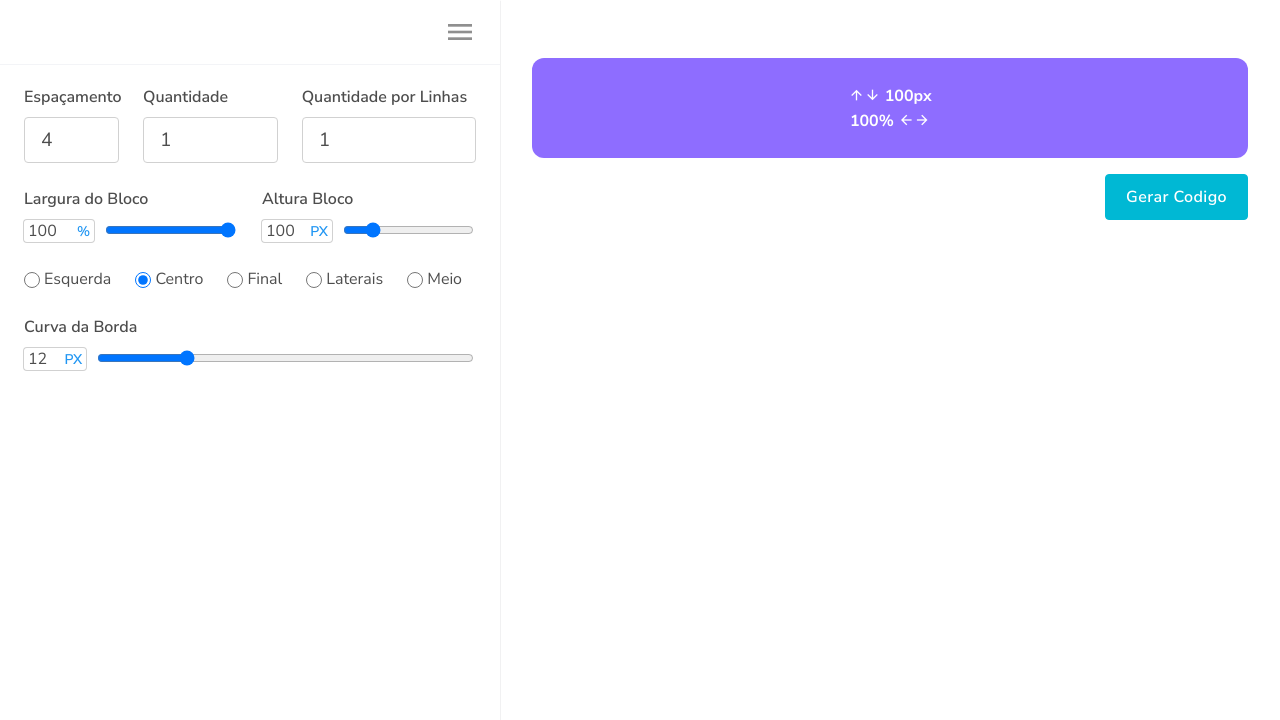
Repository: Flintdl/lowcode-elements
Page: /
An editor plug-in stored every save of this project. The page is shown before and after the next save, followed by the edit.
The browser window is 1280 px wide. The pictures show the whole page.
The project was rebuilt for these pictures with package versions that can differ from the ones it lists, and the page was loaded fresh each time. Also part of the build but not shown: vue.config.js.

Above is the page before, as saved 2022-04-05 10:54:10.

### src/components/Menu/MenuTemplate.vue
<template>
  <div>
    <div
      class="ham burger-link-mobile sf-display-flex sf-display-md-none"
      @click="menu"
    >
      <i class="mdi mdi-menu sf-text-xlg sf-text-muted sf-dropdown-action"></i>
    </div>
    <nav class="sf-menu">
      <div class="sf-menu-header">
        <div
          @click="menu"
          class="hamburger-link sf-display-none sf-display-md-block"
        >
          <i
            class="mdi mdi-menu sf-text-xlg sf-text-muted sf-dropdown-action"
          ></i>
        </div>
      </div>
      <div class="sf-menu-body">
        <ul class="sf-menu-ul">
          <li class="sf-menu-li sf-px-4">
            <div class="sf-row">
              <div class="sf-col-3 sf-form-group">
                <label class="sf-label">Espaçamento</label>
                <input
                  type="number"
                  min="1"
                  max="12"
                  value="2"
                  id="inputGap"
                  v-model="inputGap"
                  class="filter-states sf-text-capitalize"
                  placeholder="Quantidade de Blocos"
                />
              </div>
              <div class="sf-col-4 sf-form-group">
                <label class="sf-label">Quantidade</label>
                <input
                  type="number"
                  value="1"
                  id="inputQuantidade"
                  v-model="inputQuantidade"
                  class="filter-states sf-text-capitalize"
                  placeholder="Quantidade de Blocos"
                />
              </div>
              <div class="sf-col-5 sf-form-group">
                <label class="sf-label">Quantidade por Linhas</label>
                <input
                  type="number"
                  min="1"
                  max="12"
                  value="1"
                  id="inputQuantidadeLinha"
                  v-model="inputQuantidadeLinha"
                  class="filter-states sf-text-capitalize"
                  placeholder="Quantidade Linha"
                />
              </div>
              <div class="sf-col-6 sf-form-group">
                <label class="sf-label">Largura do Bloco</label>
                <div class="sf-input-group">
                  <div
                    class="sf-input-group-append sf-display-flex sf-justify-content-center"
                  >
                    <div
                      class="sf-display-flex sf-align-items-center sf-justify-content-center sf-border-left-0 sf-border-radius sf-border-radius-left-0 sf-pr-2 sf-text-info sf-font-weight-bold sf-min-80-px"
                    >
                      <div class="sf-input-group">
                        <input
                          type="number"
                          value="1"
                          min="1"
                          max="50"
                          v-model="inputRange"
                          class="sf-text-md sf-height-fit-content sf-pr-0 sf-pl-1 sf-border-right-0 sf-border-radius-right-0 sf-text-capitalize"
                          placeholder="Curva da Borda"
                        />
                        <div
                          class="sf-input-group-append sf-display-flex sf-justify-content-center"
                        >
                          <div
                            class="sf-display-flex sf-align-items-center sf-border sf-justify-content-center sf-border-left-0 sf-border-radius sf-border-radius-left-0 sf-pr-1 sf-text-info sf-font-weight-bold sf-text-sm"
                          >
                            %
                          </div>
                        </div>
                      </div>
                    </div>
                  </div>
                  <input
                    type="range"
                    min="10"
                    max="100"
                    value="10"
                    id="inputRange"
                    v-model="inputRange"
                    class="sf-px-0 sf-border-right-0 sf-border-radius-right-0 sf-text-capitalize"
                  />
                </div>
              </div>
              <div class="sf-col-6 sf-form-group">
                <label class="sf-label">Altura Bloco</label>
                <div class="sf-input-group">
                  <div
                    class="sf-input-group-append sf-display-flex sf-justify-content-center"
                  >
                    <div
                      class="sf-display-flex sf-align-items-center sf-justify-content-center sf-border-left-0 sf-border-radius sf-border-radius-left-0 sf-pr-2 sf-text-info sf-font-weight-bold sf-min-80-px"
                    >
                      <div class="sf-input-group">
                        <input
                          type="number"
                          value="1"
                          min="1"
                          max="50"
                          v-model="valorHeight"
                          class="sf-text-md sf-height-fit-content sf-pr-0 sf-pl-1 sf-border-right-0 sf-border-radius-right-0 sf-text-capitalize"
                          placeholder="Curva da Borda"
                        />
                        <div
                          class="sf-input-group-append sf-display-flex sf-justify-content-center"
                        >
                          <div
                            class="sf-display-flex sf-align-items-center sf-border sf-justify-content-center sf-border-left-0 sf-border-radius sf-border-radius-left-0 sf-pr-1 sf-text-info sf-font-weight-bold sf-text-sm"
                          >
                            PX
                          </div>
                        </div>
                      </div>
                    </div>
                  </div>
                  <input
                    type="range"
                    min="10"
                    max="500"
                    id="valorHeight"
                    v-model="valorHeight"
                    class="sf-px-0 sf-border-right-0 sf-border-radius-right-0 sf-text-capitalize"
                  />
                </div>
              </div>
              <div class="sf-col-auto sf-form-group">
                <input
                  id="start"
                  type="radio"
                  name="positionDivs"
                  v-model="checkValue"
                  value="start"
                  checked
                />
                <label for="start"> Esquerda</label>
              </div>

              <div class="sf-col-auto sf-form-group">
                <input
                  type="radio"
                  id="center"
                  name="positionDivs"
                  v-model="checkValue"
                  value="center"
                />
                <label for="center"> Centro</label>
              </div>

              <div class="sf-col-auto sf-form-group">
                <input
                  type="radio"
                  id="end"
                  name="positionDivs"
                  v-model="checkValue"
                  value="end"
                />
                <label for="end"> Final</label>
              </div>
              <div class="sf-col-auto sf-form-group">
                <input
                  type="radio"
                  id="between"
                  name="positionDivs"
                  v-model="checkValue"
                  value="between"
                />
                <label for="between"> Laterais</label>
              </div>
              <div class="sf-col-auto sf-form-group">
                <input
                  type="radio"
                  id="around"
                  name="positionDivs"
                  v-model="checkValue"
                  value="around"
                />
                <label for="around"> Meio</label>
              </div>
              <div class="sf-col-12 sf-form-group">
                <label class="sf-label">Curva da Borda</label>
                <div class="sf-input-group">
                  <div
                    class="sf-input-group-append sf-display-flex sf-justify-content-center"
                  >
                    <div
                      class="sf-display-flex sf-align-items-center sf-justify-content-center sf-border-left-0 sf-border-radius sf-border-radius-left-0 sf-pr-2 sf-text-info sf-font-weight-bold sf-min-60-px"
                    >
                      <div class="sf-input-group">
                        <input
                          type="number"
                          value="1"
                          min="1"
                          max="50"
                          v-model="inputBorderRadius"
                          class="sf-text-md sf-height-fit-content sf-pr-0 sf-pl-1 sf-border-right-0 sf-border-radius-right-0 sf-text-capitalize"
                          placeholder="Curva da Borda"
                        />
                        <div
                          class="sf-input-group-append sf-display-flex sf-justify-content-center"
                        >
                          <div
                            class="sf-display-flex sf-align-items-center sf-border sf-justify-content-center sf-border-left-0 sf-border-radius sf-border-radius-left-0 sf-pr-1 sf-text-info sf-font-weight-bold sf-text-sm"
                          >
                            PX
                          </div>
                        </div>
                      </div>
                    </div>
                  </div>
                  <input
                    type="range"
                    value="1"
                    min="1"
                    max="50"
                    id="inputBorderRadius"
                    v-model="inputBorderRadius"
                    class="sf-px-0 sf-border-right-0 sf-border-radius-right-0 sf-text-capitalize"
                    placeholder="Curva da Borda"
                  />
                </div>
              </div>
            </div>
          </li>
        </ul>
      </div>
    </nav>
    <div class="sf-content-page">
      <HomeView
        :valor="parseInt(inputRange)"
        :inputGap="parseInt(inputGap)"
        :valorHeight="parseInt(valorHeight)"
        :quantidade="parseInt(inputQuantidade)"
        :quantidadeLinha="parseInt(inputQuantidadeLinha)"
        :inputBorderRadius="parseInt(inputBorderRadius)"
        :checkValue="checkValue"
      />
    </div>
    <div class="ga-mascara-fundo" @click="mask"></div>
  </div>
</template>

<script>
import HomeView from "@/views/HomeView.vue";
import image from "@/assets/logo-soften.webp";

export default {
  name: "MenuTemplate",
  data: function () {
    return {
      inputQuantidade: (this.inputQuantidade = 1),
      inputQuantidadeLinha: (this.inputQuantidadeLinha = 1),
      inputBorderRadius: (this.inputBorderRadius = 12),
      inputRange: (this.inputRange = 100),
      valorHeight: (this.valorHeight = 100),
      inputGap: (this.inputGap = 4),
      checkValue: (this.checkValue = "center"),
      image: image,
    };
  },
  components: {
    HomeView,
  },
  beforeMount() {
    if (window.innerWidth >= 768) {
      if (localStorage.getItem("menu") === "fechado") {
        document.body.classList.add("menu-fechado");
      } else {
        document.body.classList.remove("menu-fechado");
      }
    }

    (function () {
      var current = window.location.pathname.split("")[0];
      if (current === "") return;
      var menuItems = document.querySelectorAll(".sf-menu-list-link");
      for (var i = 0, len = menuItems.length; i < len; i++) {
        if (menuItems[i].getAttribute("href").indexOf(current) !== -1) {
          menuItems[i].className += " active-nolink";
          menuItems[i].nextElementSibling.className += " active-nolink";
        }
      }
    })();
  },
  methods: {
    menu() {
      if (window.innerWidth >= 768) {
        document.body.classList.toggle("menu-fechado");
        if (document.body.classList.contains("menu-fechado")) {
          localStorage.setItem("menu", "fechado");
        } else {
          localStorage.removeItem("menu");
        }
      } else {
        document.body.classList.toggle("menu-mobile-aberto");
      }
    },
    mask() {
      document.body.classList.remove("menu-mobile-aberto");
    },
  },
};

// function dropdown(menu) {
//   var dropdowns = document.getElementsByClassName("sf-dropdown-menu");
//   var i;
//   for (i = 0; i < dropdowns.length; i++) {
//     var openDropdown = dropdowns[i];
//     if (openDropdown.classList.contains("show")) {
//       openDropdown.classList.remove("show");
//     }
//   }
//   document.querySelector(menu).classList.toggle("show");
// }
</script>

<style lang="scss">
@import "@/assets/scss/style.scss";
@import "@/assets/scss/standard.scss";
@import "@/assets/scss/menu.scss";
</style>

### src/assets/scss/_variables.scss
// Primarys Colors
$standardTextColor: #4d4d4d;

$primaryColor: #8e6dff;
$secondaryColor: #009997;
$buttonDisableColor: #9c9c9c;
$buttonDisableBgColor: #7676764d;

// Menu Colors

$bgMenuColor: #1d1d1d;
$linkMenuColor: #7b8089;
$iconMenuColor: #2a2a2a;
$borderMenuColor: #323232;

// Botão Colors

$btnPrimary: #00b8d4;
$btnPrimaryHover: #0085b0;

// Generics Colors

$whiteColor: #ffffff;
$mutedColor: #8f8f8f;
$cardColor: #f3f4f7;
$cardColorLight: #f9fafc;
$cardColorLightTwo: #f1f5fc;
$greyLight: #d1d1d1;

// Dropdown Colors

$dropdownHeaderColor: #5f5f5f;
$dropdownColor: #ebffff;

// State Colors

$successColor: #3dc661;
$dangerColor: #e7515a;
$warningColor: #e2a03f;
$infoColor: #2196f3;
$defaultColor: #172b4d;
$lightColor: #e0e0e0;

### src/assets/scss/standard.scss
@import "variables";

.sf-content-page {
  transition: margin-left 0.15s ease;
  margin-left: 500px;
  padding: 3.6rem 2rem;
}

input,
select {
  font-size: 1.2rem;
  font-family: "Nunito Sans", sans-serif;
  color: #4d4d4d;
  background-color: #ffffff;
  width: 100%;
  display: block;
  height: 46px;
  padding: 0 1rem;
  border-radius: 4px;
  border: 1px solid #d1d1d1;
}

input:disabled {
  background-color: $buttonDisableBgColor;
}

textarea {
  font-size: 0.875rem;
  font-family: "Nunito Sans", sans-serif;
  color: #4d4d4d;
  background-color: #ffffff;
  width: 100%;
  display: block;
  padding: 1rem;
  border-radius: 4px;
  border: 1px solid #d1d1d1;
  resize: none;
}

input[type="range"] {
  height: fit-content !important;
}

.sf-form-100 {
  width: calc(100% + 24px);
}

/* Input Radio */
.form-selectradio,
.form-selectcheckbox {
  display: flex;
}

.form-selectradiobutton,
.form-selectcheckboxbutton {
  display: inline-block;
  border-radius: 50%;
  margin: 0;
}

.form-selectradiobutton label,
.form-selectcheckboxbutton label {
  font-size: 0.875rem;
  cursor: pointer;
  display: inline-block;
  margin: 0 16px 0 8px;
  vertical-align: middle;
}

input[type="radio"],
input[type="checkbox"] {
  width: 1rem;
  height: 1rem;
  text-align: center;
  position: relative;
  border-radius: 50%;
  line-height: 16px;
  cursor: pointer;
  margin: 0;
  display: inline-block;
  vertical-align: middle;
}

input[type="checkbox"] {
  border-radius: 6px;
}

// Renderização de Consulta - Botão

.sf-action-rendered-content {
  gap: 8px;
  .sf-action-rendered-consult {
    -webkit-box-flex: 1;
    -ms-flex-positive: 1;
    flex-grow: 1;
    white-space: nowrap;
    width: auto;
    span {
      cursor: pointer;
      &:hover {
        // background-color: #27272736 !important;
        border-color: #272727 !important;
      }
      &.actived {
        // background-color: #00b8d436 !important;
        border-color: #00b8d4 !important;
        font-weight: 700;
      }
    }
  }
}

// Renderização de Consulta - Botão

// Conteúdo socio resultado

.sf-card-socio-content {
  gap: 12px;
  .sf-card-socio {
    width: 100%;
    &.actived {
      div {
        background-color: #1fbdd538;
        border-color: #00b8d4 !important;
        color: #0395ac;
      }
    }
    &:hover {
      div {
        border-color: #00b8d4 !important;
        color: #0395ac;
        cursor: pointer;
      }
    }
  }
}
// Conteúdo socio resultado

// Conteúdo contato resultado

.sf-contact-business-content {
  gap: 12px;
  &.sf-business-overflow {
    ::-webkit-scrollbar {
      background: #e0e0e0;
      height: 4px;
      width: 6px;
    }

    ::-webkit-scrollbar-thumb {
      background: #bebebe;
    }
    ::-webkit-scrollbar-track {
      background-color: #e0e0e0;
    }
    ul {
      max-height: 392px;
      overflow-y: auto;
    }
  }
  .sf-contact-content-list {
    width: 100%;
    &.content-list-segments {
      height: fit-content;
      div {
        background-color: #f5f5f5;
        width: 100%;
      }
      &.actived {
        div {
          background-color: #1fbdd538;
          border-color: #00b8d4 !important;
          color: #0395ac;
        }
      }
      &:hover {
        div {
          border-color: #00b8d4 !important;
          color: #0395ac;
          cursor: pointer;
        }
      }
    }
  }
  &.sf-content-grid {
    .sf-contact-content-list {
      flex: initial;
    }
  }
}

.information-list-business {
  .information-list-business-li {
    span {
      width: 100%;
    }
    &:nth-child(odd) {
      background-color: #79797936;
    }
  }
}

.autocomplete-items {
  position: absolute;
  border: 1px solid #d4d4d4;
  margin: 12px 12px 0;
  border-radius: 4px;
  max-height: 210px;
  overflow-y: auto;
  z-index: 99;
  top: 100%;
  left: 0;
  right: 0;
}

.autocomplete-items div {
  padding: 10px;
  cursor: pointer;
  background-color: #fff;
  border-bottom: 1px solid #d4d4d4;
  &:last-child {
    border-bottom: 0;
  }
}

.autocomplete-items div:hover {
  background-color: #e9e9e9;
}

.autocomplete-active {
  background-color: DodgerBlue !important;
  color: #ffffff;
}

@media (min-width: 731px) {
  .sf-contact-business-content {
    .sf-contact-content-list {
      width: calc(50% - 12px);
    }
    &.sf-content-grid {
      .sf-contact-content-list {
        width: calc(50% - 12px);
      }
    }
  }
  .sf-card-socio-content {
    .sf-card-socio {
      width: calc(50% - 12px);
    }
  }
}

@media (min-width: 960px) {
  .sf-contact-business-content {
    .sf-contact-content-list {
      width: calc((100% - 24px) / 3);
    }
    &.sf-content-grid {
      .sf-contact-content-list {
        width: calc((100% - 24px) / 3);
      }
    }
  }
  .sf-card-socio-content {
    .sf-card-socio {
      width: calc((100% - 24px) / 3);
    }
  }
}
@media (min-width: 1200px) {
  .sf-contact-business-content {
    .sf-contact-content-list {
      width: calc((100% - 24px) / 3);
    }
    &.sf-content-grid {
      .sf-contact-content-list {
        width: calc(100% / 4);
      }
    }
  }
  .sf-card-socio-content {
    .sf-card-socio {
      width: calc((100% - 36px) / 4);
    }
  }
}

// Conteúdo contato resultado

.sf-loading-animation {
  z-index: 999999;
  // display: none;
  height: 100px;
  width: 100px;
}

.sf-loading-input {
  height: 100%;
  width: 40px;
}

// Error Style

.sf-error-svg {
  font-size: 3rem;
  font-family: Impact, Haettenschweiler, "Arial Narrow Bold", sans-serif;
}
/*////////////////////v animation//////////////////*/
.text1 {
  fill: none;
  stroke-linejoin: round;
  stroke-dasharray: 1160;
  stroke-dashoffset: 0;
}
.text1:nth-child(3n) {
  fill: #272727;
}

.text1:nth-child(3n + 2) {
  fill: #e7515a;
}

.text2 {
  fill: #2196f3;
}
// Mesagem Box

.mensagem-box {
  position: fixed;
  overflow: hidden;
  z-index: 997;
  right: 30px;
  bottom: 30px;
}

.mensagem {
  margin-bottom: 12px;
  border-radius: 4px;
  padding: 16px 32px;
  font-size: 1rem;
  color: #fff;
  z-index: 998;
}

.mensagem:last-child {
  margin-bottom: 0;
}

.mensagem.success {
  background-color: $successColor;
}

.mensagem.error {
  background-color: $dangerColor;
}

.mensagem.warning {
  background-color: $warningColor;
}

// Mesagem Box

// Error Style

.sf-modal {
  background-color: #000;
  position: fixed;
  z-index: -1;
  display: none;
  height: 100%;
  width: 100%;
  opacity: 0;
  left: 0;
  top: 0;
  &.actived {
    background-color: gray;
    display: block;
    z-index: 9999;
    opacity: 0.8;
  }
}

### src/views/HomeView.vue
<template>
  <div>
    <div class="sf-row">
      <div
        id="sf-preview-code-content"
        class="sf-col-12 sf-mx-auto sf-position-relative"
      >
        <!-- <div class="sf-display-flex sf-flex-wrap sf-width-100">
          <div
            id="sf-grid-template"
            class="sf-grid sf-position-relative"
            :style="{
              width: cssProps.width,
              height: String(valorHeight) + 'px',
              left: inputGap / 2 + 'px',
            }"
            v-bind:key="n"
            v-for="n of quantidade"
          ></div>
        </div> -->
        <div id="sf-preview-code">
          <div
            :style="gapProps"
            :class="[
              'sf-display-flex sf-flex-wrap sf-width-100',
              'sf-justify-content-' + checkValue,
            ]"
          >
            <DivGrid
              v-bind:key="n"
              v-for="n of quantidade"
              :tamanho="String(valor)"
              :altura="String(valorHeight)"
              class="sf-position-relative"
              :cssDefinido="cssProps"
            />
          </div>
        </div>
      </div>
      <div class="sf-col-12 sf-mt-3 sf-display-flex sf-justify-content-end">
        <button class="sf-btn sf-btn-primary" @click="gerarCodigo">
          Gerar Codigo
        </button>
      </div>
    </div>
    <div class="sf-row" v-if="htmlPreviewCode">
      <div class="sf-col-12 sf-mx-auto sf-mt-5 sf-code-content">
        <div class="sf-bg-code sf-p-4 sf-border-radius">
          <code>
            <span class="sf-text-info">Código do Preview</span> <br />
            {{ htmlPreviewCode }}
          </code>
        </div>
      </div>
    </div>
  </div>
</template>

<script>
// @ is an alias to /src

import DivGrid from "@/components/templates/DivGrid.vue";

export default {
  name: "HomeView",
  data: function () {
    return {
      htmlPreviewCode: null,
    };
  },
  components: {
    DivGrid,
  },
  props: {
    valor: Number,
    inputGap: Number,
    quantidade: Number,
    valorHeight: Number,
    quantidadeLinha: Number,
    inputBorderRadius: Number,
    checkValue: String,
  },
  computed: {
    cssProps() {
      return {
        width: `calc((${this.valor}% - ${this.inputGap}px * ${
          this.quantidadeLinha - 1
        }) / ${this.quantidadeLinha})`,
        height: this.valorHeight + "px",
        "border-radius": this.inputBorderRadius + "px",
      };
    },
    gapProps() {
      return {
        gap: this.inputGap + "px",
      };
    },
  },
  methods: {
    gerarCodigo() {
      this.htmlPreviewCode =
        document.getElementById("sf-preview-code").innerHTML;
    },
  },
};
</script>

<style>
#sf-grid-template:after {
  content: "";
  width: 100%;
  height: 150%;
  top: -25%;
  background-color: #ff008c0a;
  border: 1px solid rgba(255, 0, 140, 0.103);
  border-left: 2px solid #ff008c38;
  border-right: 2px solid #ff008c38;
  position: absolute;
}
</style>

### src/components/templates/DivGrid.vue
<template>
  <div
    class="sf-bg-primary sf-position-relative sf-overflow-hidden"
    :style="cssDefinido"
  >
    <span
      class="sf-position-absolute sf-centerAbsolute-xy sf-text-white sf-font-weight-extra-bold sf-text-center"
      :style="tamanho"
    >
      <i
        class="mdi mdi-arrow-up sf-text-md sf-text-white sf-dropdown-action"
      ></i>
      <i
        class="mdi mdi-arrow-down sf-text-md sf-text-white sf-dropdown-action"
      ></i>
      {{ altura }}px <br />

      {{ tamanho }}%
      <i
        class="mdi mdi-arrow-left sf-text-md sf-text-white sf-dropdown-action"
      ></i>
      <i
        class="mdi mdi-arrow-right sf-text-md sf-text-white sf-dropdown-action"
      ></i>
    </span>
  </div>
</template>

<script>
export default {
  props: {
    cssDefinido: Object,
    tamanho: String,
    altura: String,
  },
};
</script>

<style></style>

Loaded but not shown: public/index.html (common file); src/main.js (common file); src/App.vue (common file); src/registerServiceWorker.js (common file); src/router/index.js (common file); src/assets/scss/materialdesignicons.scss (9 lines, source omitted); src/assets/scss/style.scss (4095 lines, source omitted); src/assets/scss/menu.scss (396 lines, source omitted)

After the next save:
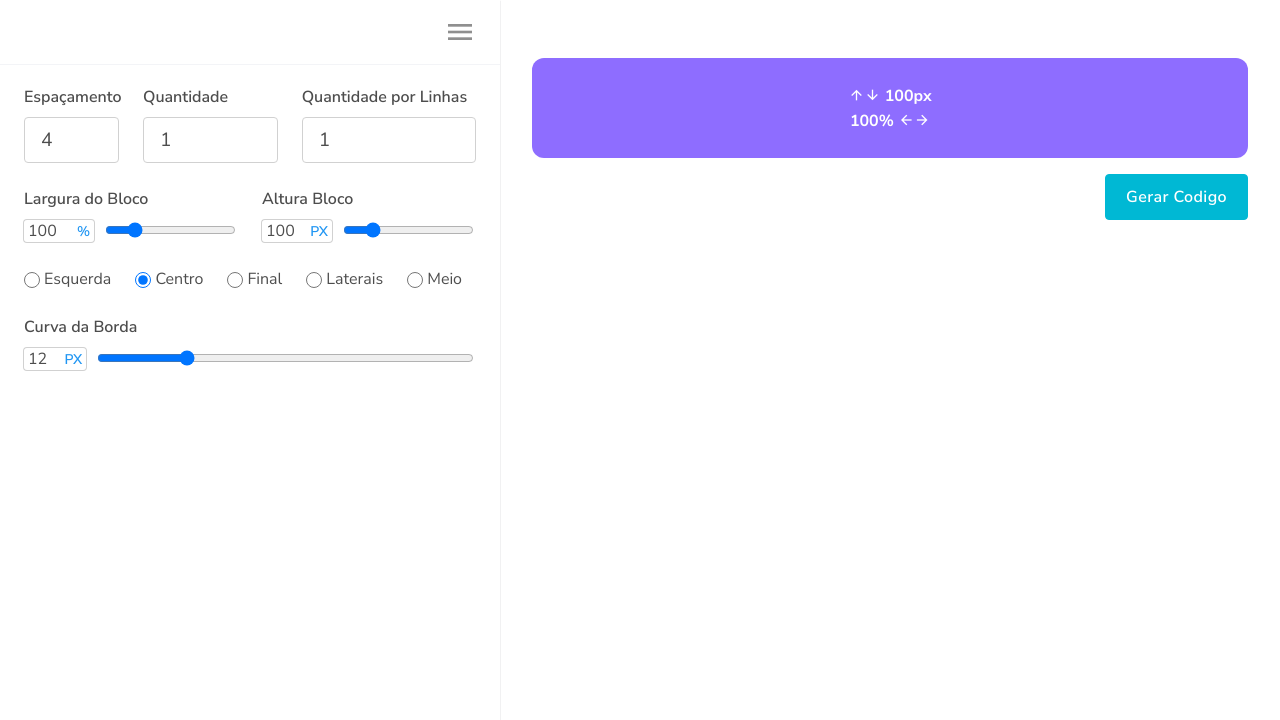
Saved 30 s later.
--- a/src/components/Menu/MenuTemplate.vue
+++ b/src/components/Menu/MenuTemplate.vue
@@ -72,7 +72,7 @@
                           type="number"
                           value="1"
                           min="1"
-                          max="50"
+                          max="100"
                           v-model="inputRange"
                           class="sf-text-md sf-height-fit-content sf-pr-0 sf-pl-1 sf-border-right-0 sf-border-radius-right-0 sf-text-capitalize"
                           placeholder="Curva da Borda"
@@ -92,7 +92,7 @@
                   <input
                     type="range"
                     min="10"
-                    max="100"
+                    max="500"
                     value="10"
                     id="inputRange"
                     v-model="inputRange"
